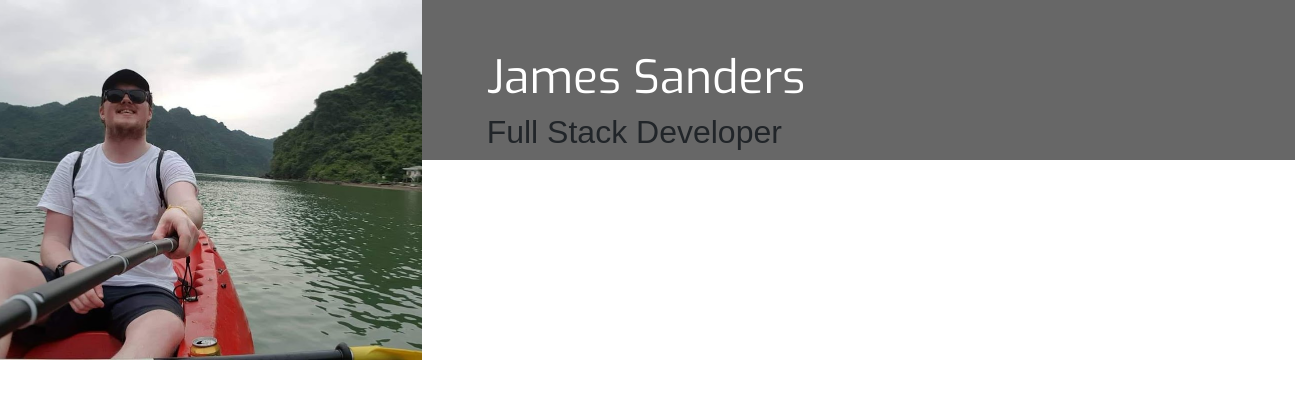
Repository: JaySanders95/my-online-resume
Page: index.html
The author's editor kept a copy of each file at every save. The page is drawn from the files as they stood at one save, then again after the next save.
The browser window is 1280 px wide. The page is 1295 px wide, so the pictures cover 1295 px, including what lies to the right of the window. The pictures show the whole page.
Some web fonts or font styles are not loaded; a fallback is used.

Above is the page before, as saved 2023-04-17 17:03:36.

After the next save:
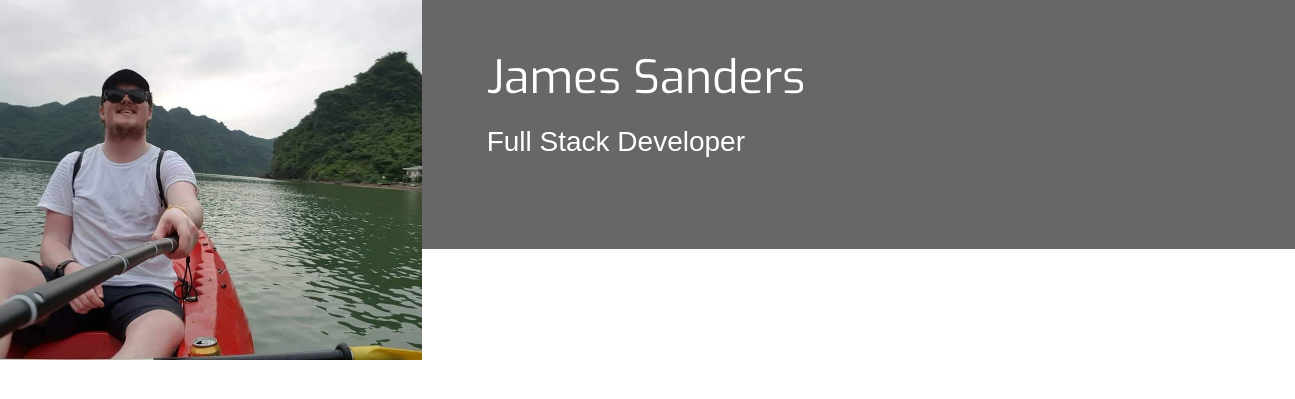
Saved 92 s later.
--- a/assets/css/style.css
+++ b/assets/css/style.css
@@ -30,6 +30,12 @@ header {
     color: #fff;
 }
 
-body {
+.title {
     font-family: 'Anuphan', sans-serif;
+    font-weight: 200;
+    font-size: 28px;
+    margin-top: 20px;
+    margin-bottom: 90px;
+    color: #fff;
+
 }
